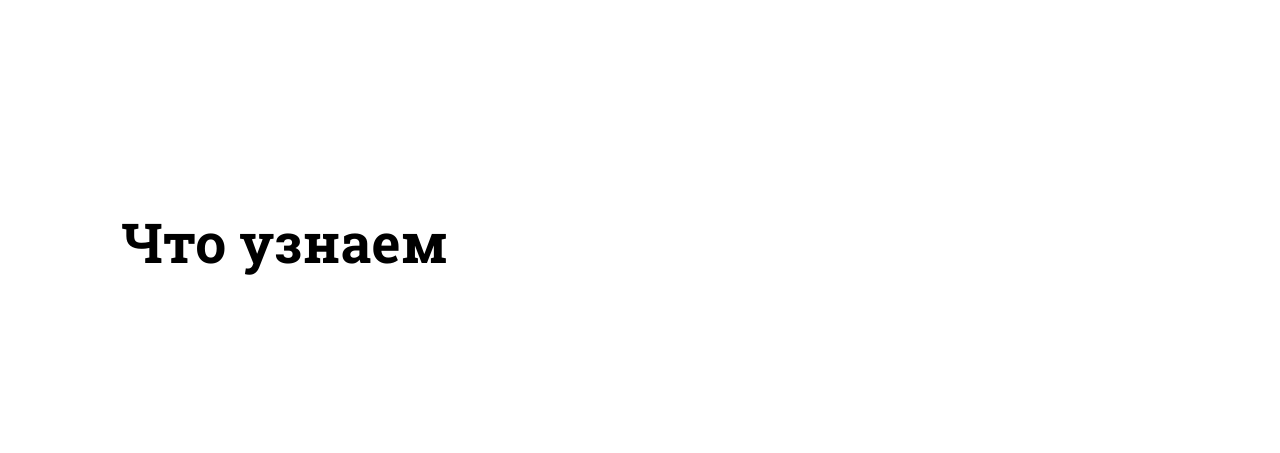
Repository: AytacSafarova/Figma--task
Page: index.html
The author's editor kept a copy of each file at every save. The page is drawn from the files as they stood at one save, then again after the next save.
The browser window is 1280 px wide. The pictures show the whole page.

Above is the page before, as saved 2023-08-02 13:53:19.
Console error: ReferenceError: camelcase is not defined

### index.html
<!DOCTYPE html>
<html lang="en">

<head>
    <meta charset="UTF-8">
    <meta name="viewport" content="width=device-width, initial-scale=1.0">
    <title>Document</title>
    <link rel="stylesheet" href="./index.css">
</head>
<body>
<div class="container">
<h1>Что узнаем</h1>
</div>
</body>
<script src="index.js"></script>
</html>

### index.css
@import url('https://fonts.googleapis.com/css2?family=Roboto+Slab:wght@700&display=swap');
* {
  margin: 0;
  padding: 0;
  box-sizing: border-box;
}
.container {
  padding: 214px 0 231px 121px;
}
.container h1 {
  color: #000;
  font-family: Roboto Slab;
  font-size: 55px;
  font-style: normal;
  font-weight: 700;
  line-height: 101.385%;
}

### index.js
let a=4
a=a+2
a+=2
let userName
camelcase
// kebab case

After the next save:
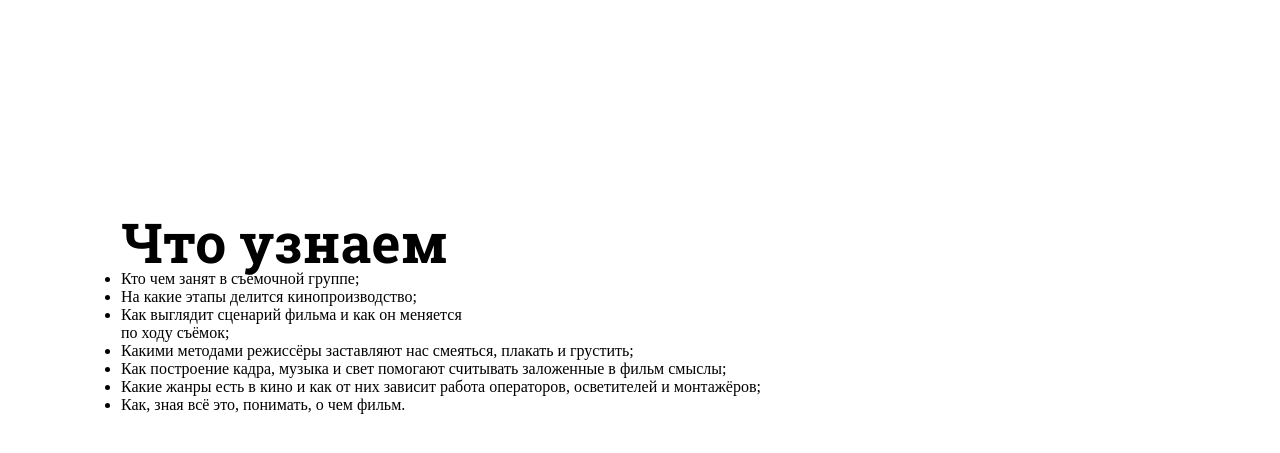
Saved 2 min 6 s later.
--- a/index.html
+++ b/index.html
@@ -10,6 +10,18 @@
 <body>
 <div class="container">
 <h1>Что узнаем</h1>
+<ul>
+    <li>Кто чем занят в съёмочной группе;</li>
+    <li> На какие этапы делится кинопроизводство;</li>
+    <li> Как выглядит сценарий фильма и как он меняется
+        <br>
+        по ходу съёмок;
+    </li>
+    <li> Какими методами режиссёры заставляют нас смеяться, плакать и грустить;</li>
+    <li>Как построение кадра, музыка и свет помогают считывать заложенные в фильм смыслы;</li>
+    <li>Какие жанры есть в кино и как от них зависит работа операторов, осветителей и монтажёров;</li>
+    <li>Как, зная всё это, понимать, о чем фильм.</li>
+</ul>
 </div>
 </body>
 <script src="index.js"></script>
